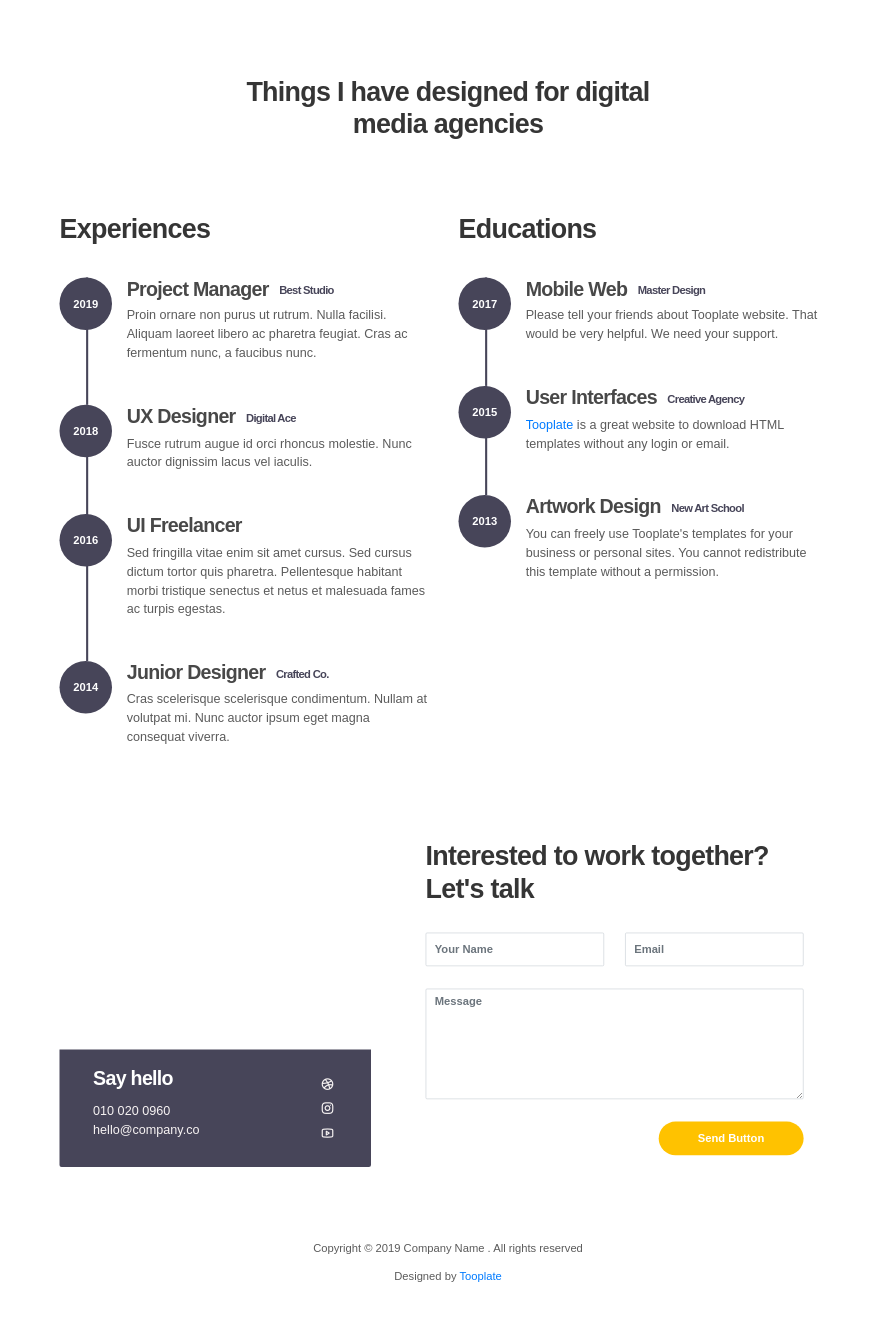
Repository: Tanmay-Kayande/Myportfolio
Page: http://localhost/myproject/
The author's editor kept a copy of each file at every save. The page is drawn from the files as they stood at one save, then again after the next save.
The browser window is 1280 px wide. The pictures show the part of the page from y = 585 to 2505 px (the page is 2485 px tall before and 3172 px after), at 70% of full size.
Pictures or frames that could not be fetched are drawn as grey boxes. Some web fonts or font styles are not loaded; a fallback is used. The page is served by Tomcat 9.

Above is the page before, as saved 2024-01-24 06:49:21.

After the next save:
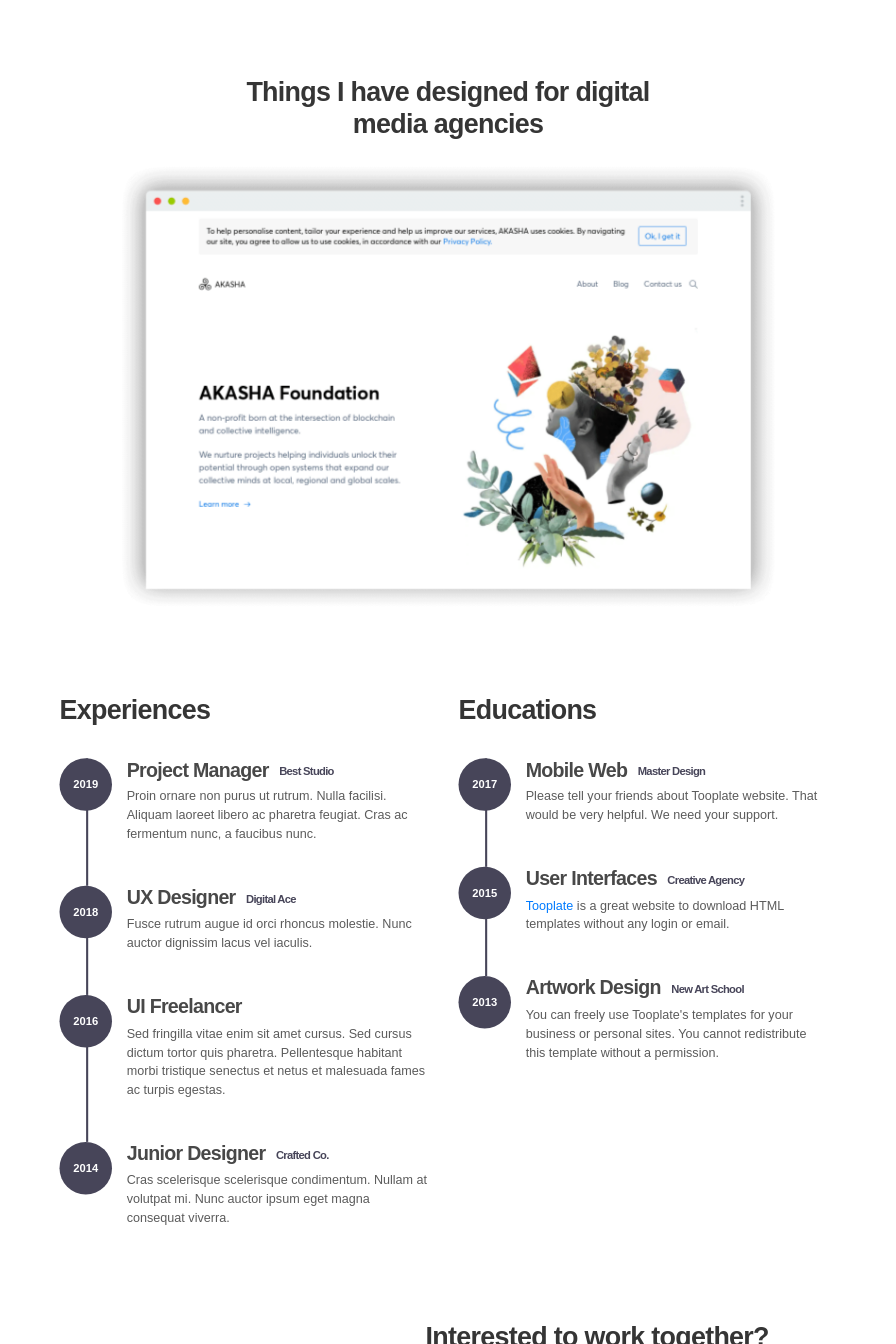
Saved 10 min 21 s later.
--- a/myproject/src/main/webapp/index.jsp
+++ b/myproject/src/main/webapp/index.jsp
@@ -122,7 +122,7 @@
 
 					<div class="owl-carousel owl-theme">
 						<!-- loop -->
-						<%
+						<%-- <%
 						ArrayList<Object> al = new ProjectDao().read();
 
 						for (int index = al.size() - 1; index >= 0; index--) {
@@ -139,14 +139,14 @@
 
 						<%
 						}
-						%>
-						<!--  <div class="item">
+						%> --%>
+						  <div class="item">
                           <div class="project-info">
                             <img src="images/project/project-image02.png" class="img-fluid" alt="project image">
                           </div>
                         </div>
 
-                        <div class="item">
+                      <!--  <div class="item">
                           <div class="project-info">
                             <img src="images/project/project-image03.png" class="img-fluid" alt="project image">
                           </div>
